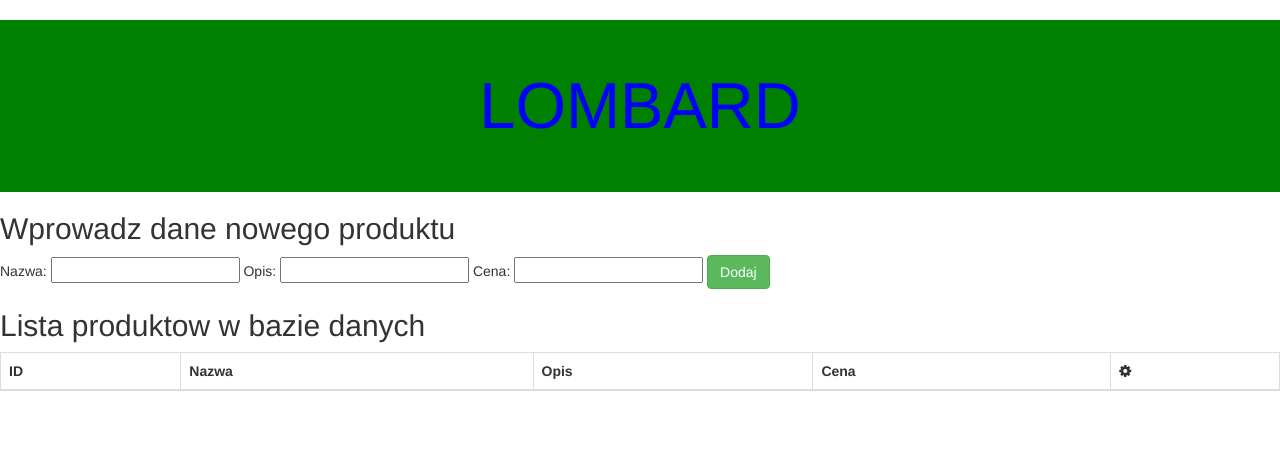
Repository: Hordix/CRUDapp
Page: Pulpit/Worspace/crudApplication1/src/main/resources/static/index.html
These files come from the project's save history. The page is drawn as it stood at one moment and after the next save; the edit follows.
The browser window is 1280 px wide. The pictures show the whole page.
The page's requests for data from a server got no answer. Some web libraries are served in a nearby version.

Above is the page before, as saved 2017-08-31 13:04:07.

After the next save:
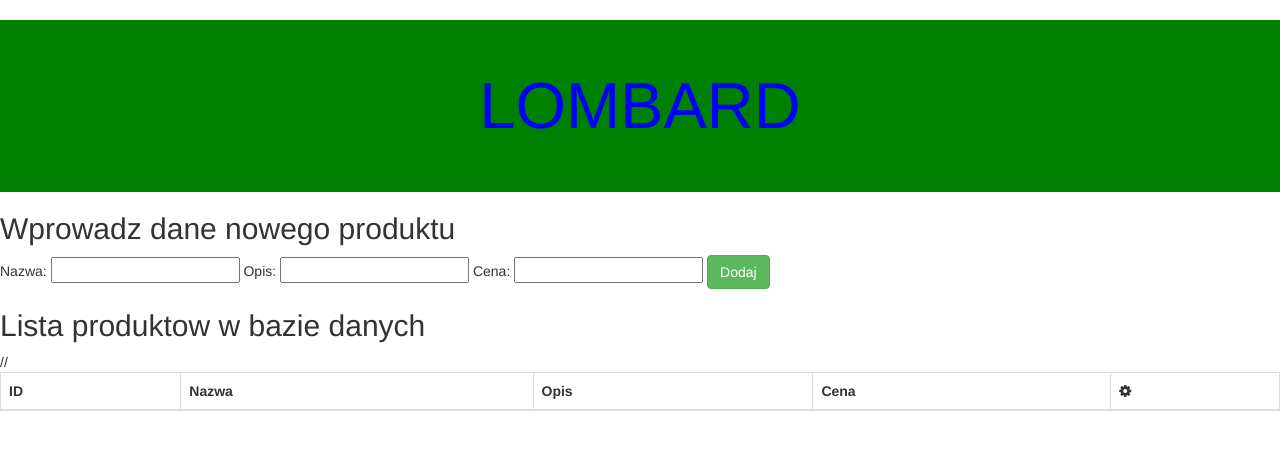
Saved 93 s later.
--- a/Pulpit/Worspace/crudApplication1/src/main/resources/static/index.html
+++ b/Pulpit/Worspace/crudApplication1/src/main/resources/static/index.html
@@ -48,7 +48,7 @@
                   <tbody>
                           <tr ng-repeat="product in products">
 
-                            <td class="hidden-xs">{{porduct.id}}</td>
+                            //<td class="hidden-xs">{{porduct.id}}</td>
                             <td ng-show="!product.edit"> {{product.name}}</td>
                             <td ng-show="!product.edit"> {{product.destripciton}}</td>
                             <td ng-show="!product.edit"> {{product.price}}</td>
